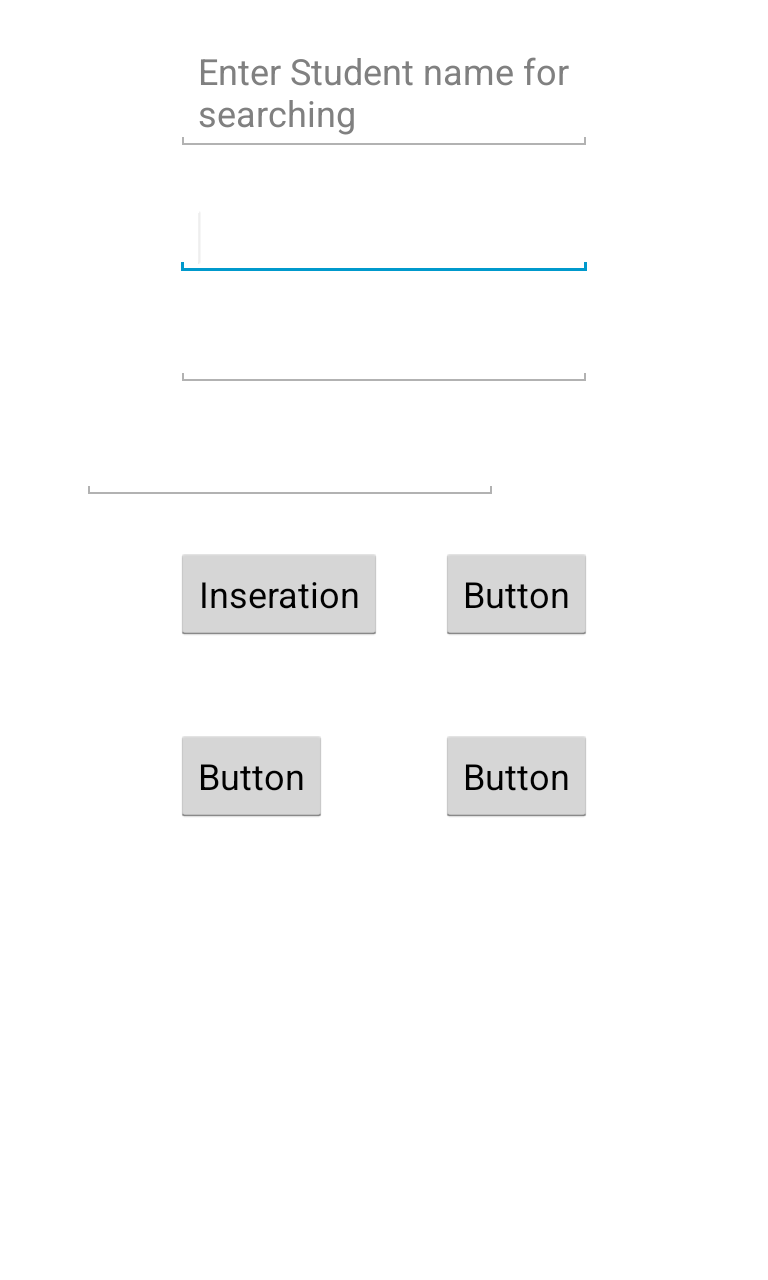
Repository: amittttt/Android-HP
Layout: Sqllite/res/layout/activity_main.xml
An editor plug-in stored every save of this project. The layout is shown before and after the next save, followed by the edit.
It is drawn on a 768 x 1280 px phone screen (xhdpi) without system bars, with theme AppTheme; the app's code is not run.

Above is the layout before, as saved 2016-05-13 05:25:35.

After the next save:
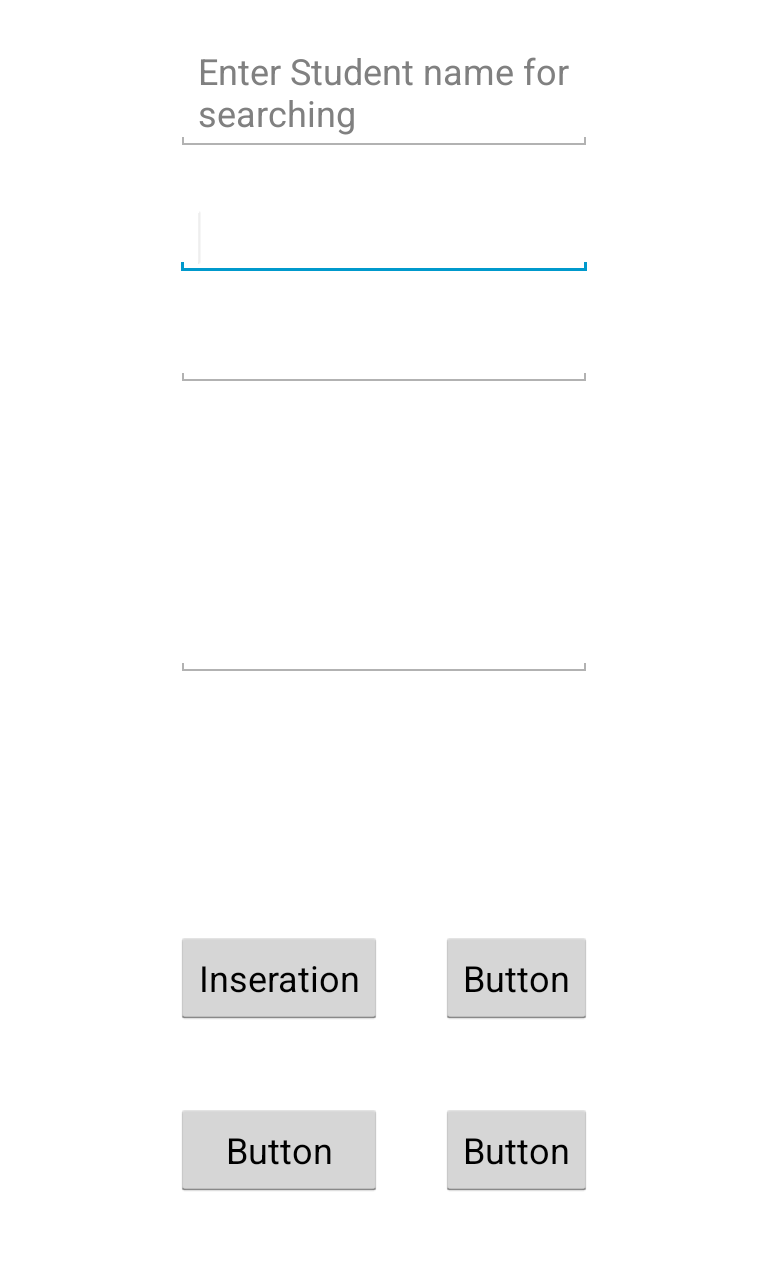
Saved 84 s later.
--- a/Sqllite/res/layout/activity_main.xml
+++ b/Sqllite/res/layout/activity_main.xml
@@ -39,27 +39,6 @@
         android:layout_marginTop="16dp"
         android:ems="10" />
 
-    <EditText
-        android:id="@+id/add"
-        android:layout_width="wrap_content"
-        android:layout_height="wrap_content"
-        android:layout_alignParentLeft="true"
-        android:layout_below="@+id/lname"
-        android:layout_marginLeft="24dp"
-        android:layout_marginTop="17dp"
-        android:ems="10"
-        android:inputType="phone" />
-
-    <Button
-        android:id="@+id/insert"
-        android:layout_width="wrap_content"
-        android:layout_height="wrap_content"
-        android:layout_alignLeft="@+id/lname"
-        android:layout_below="@+id/add"
-        android:layout_marginTop="22dp"
-        android:text="Inseration"
-        android:onClick="insertdata" />
-
     <Button
         android:id="@+id/update"
         android:layout_width="wrap_content"
@@ -67,15 +46,6 @@
         android:layout_alignBaseline="@+id/insert"
         android:layout_alignBottom="@+id/insert"
         android:layout_alignRight="@+id/lname"
-        android:text="Button" />
-
-    <Button
-        android:id="@+id/delete"
-        android:layout_width="wrap_content"
-        android:layout_height="wrap_content"
-        android:layout_alignLeft="@+id/insert"
-        android:layout_below="@+id/insert"
-        android:layout_marginTop="43dp"
         android:text="Button" />
 
     <Button
@@ -87,4 +57,33 @@
         android:layout_alignLeft="@+id/update"
         android:text="Button" />
 
+    <Button
+        android:id="@+id/insert"
+        android:layout_width="wrap_content"
+        android:layout_height="wrap_content"
+        android:layout_above="@+id/delete"
+        android:layout_alignLeft="@+id/lname"
+        android:layout_marginBottom="38dp"
+        android:onClick="insertdata"
+        android:text="Inseration" />
+
+    <Button
+        android:id="@+id/delete"
+        android:layout_width="wrap_content"
+        android:layout_height="wrap_content"
+        android:layout_alignLeft="@+id/insert"
+        android:layout_alignParentBottom="true"
+        android:layout_alignRight="@+id/insert"
+        android:layout_marginBottom="25dp"
+        android:text="Button" />
+
+    <EditText
+        android:id="@+id/editText1"
+        android:layout_width="wrap_content"
+        android:layout_height="wrap_content"
+        android:layout_alignLeft="@+id/lname"
+        android:layout_centerVertical="true"
+        android:ems="10"
+        android:inputType="textPersonName" />
+
 </RelativeLayout>
